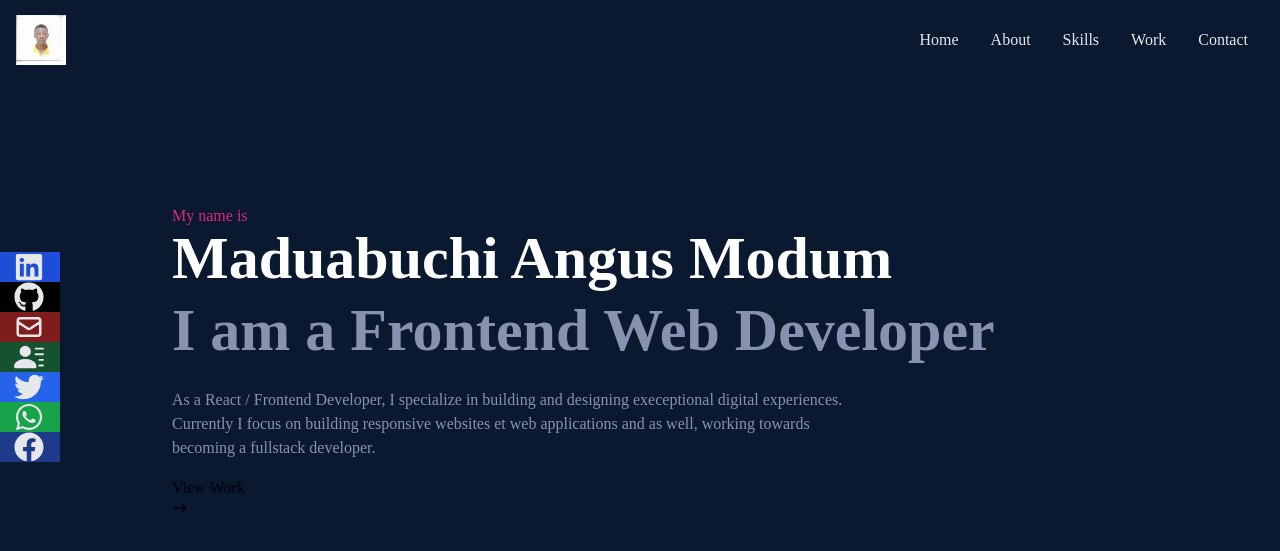
Repository: AngusOnyebuchi/Dashboard
Page: /
An editor plug-in stored every save of this project. The page is shown before and after the next save, followed by the edit.
The browser window is 1280 px wide. The pictures show the whole page.
The project was rebuilt for these pictures with package versions that can differ from the ones it lists, and the page was loaded fresh each time.

Above is the page before, as saved 2022-04-13 22:39:53.

After the next save:
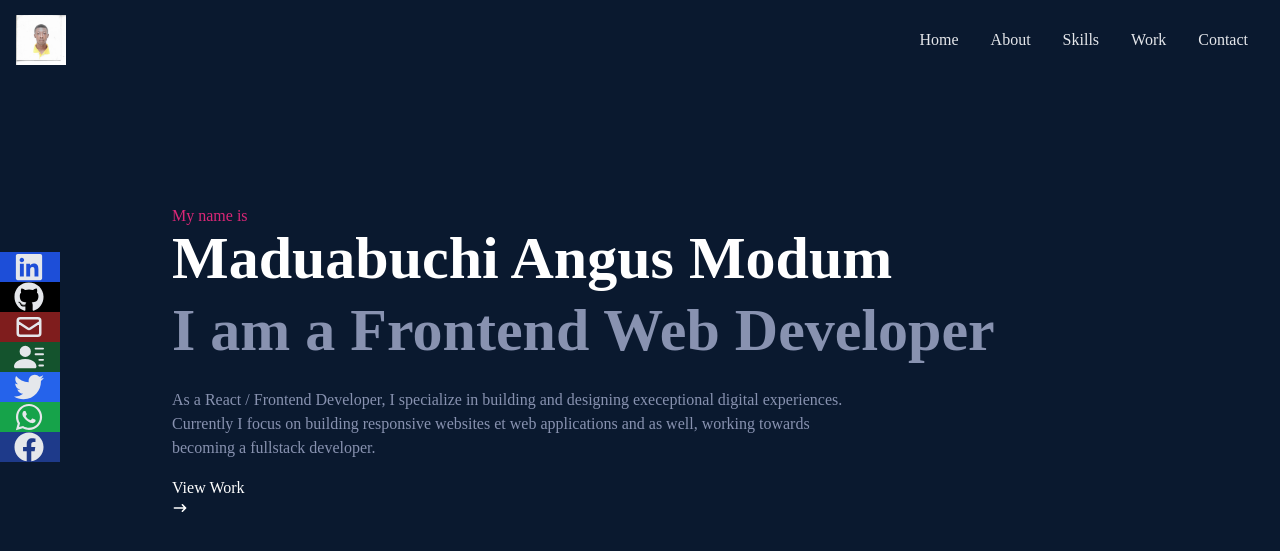
Saved 116 s later.
--- a/src/components/Home.js
+++ b/src/components/Home.js
@@ -12,7 +12,7 @@ export default function Home() {
                <h2 className="text-4xl sm:text-6xl font-bold text-[#8892b0] py-3">I am a Frontend Web Developer </h2>
                <p className="text-[#8892b0] py-4 max-w-[700px]">As a React / Frontend Developer, I specialize in building and designing execeptional digital experiences. Currently I focus on building responsive websites et web applications and as well, working towards becoming a fullstack developer.</p>
                <div>
-                   <button>View Work <HiArrowNarrowRight/> </button>
+                   <button className="text-white">View Work <HiArrowNarrowRight/> </button>
                </div>
             </div>
         </div>
